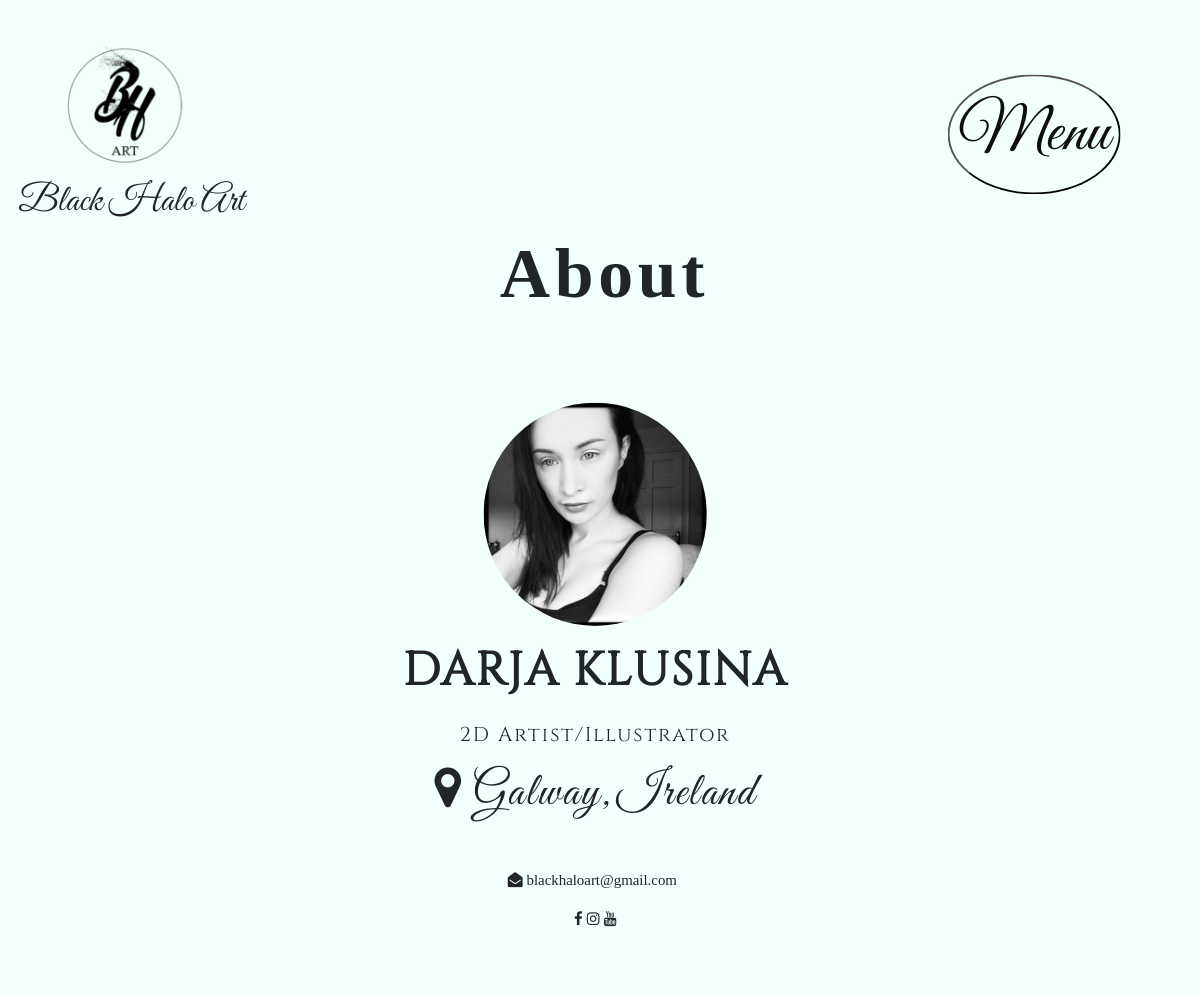
Repository: Cosy-Chaos/project-time
Page: about.html
The author's editor kept a record of every edit. The page is drawn from the files as they stood at one moment, then again after the next edit.
The browser window is 1280 px wide. The page is 1290 px wide, so the pictures cover 1290 px, including what lies to the right of the window. The pictures show the whole page, at 93% of full size.

Above is the page before.

After the next edit:
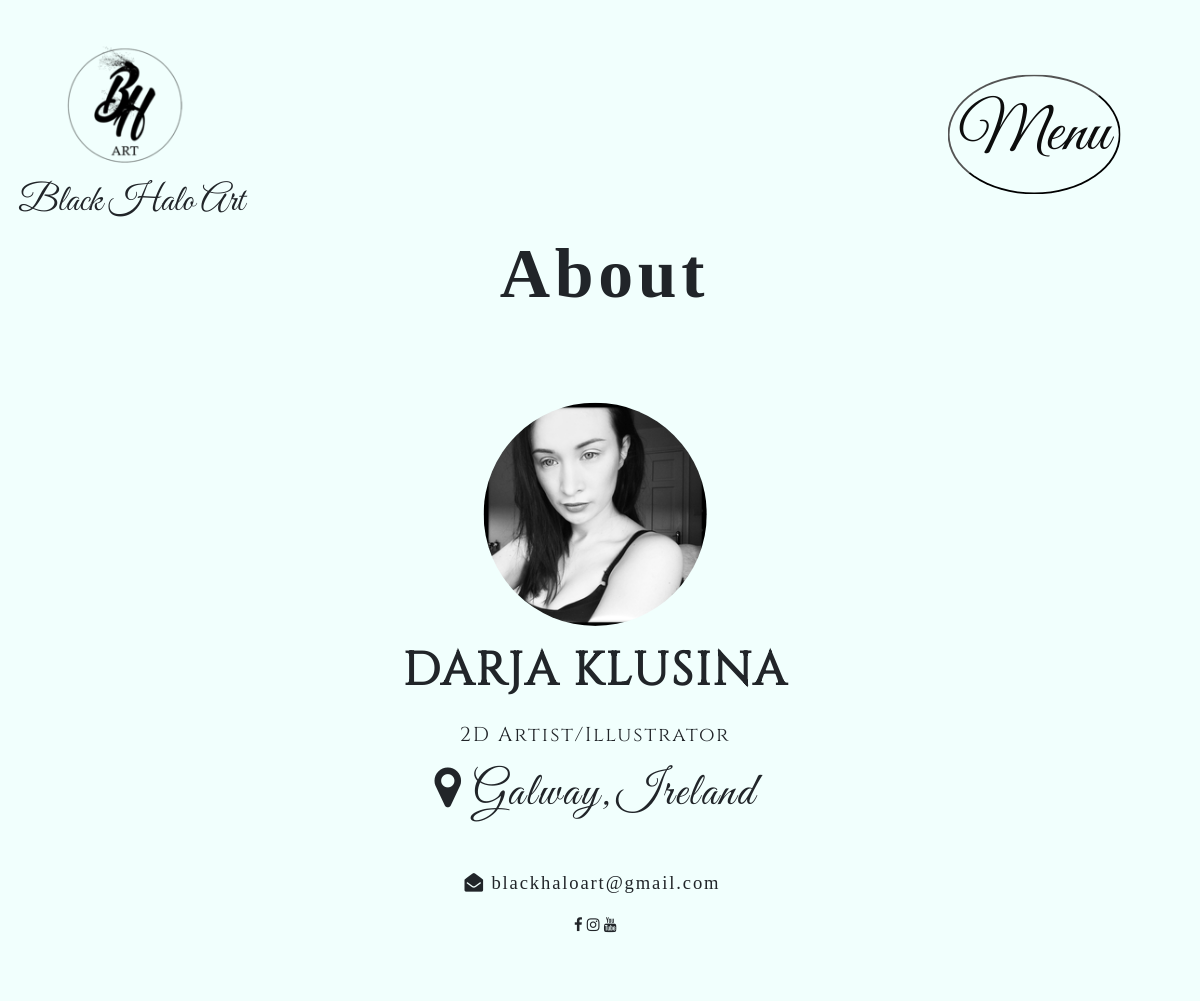
The edit:
--- a/assets/style_about.css
+++ b/assets/style_about.css
@@ -164,6 +164,8 @@
 }
 
 .about-email {
+    font-size: 20px;
+    letter-spacing: 2px;
     margin-top: 2.125rem;
     margin-bottom: 0.4375rem;
     font-family: 'Cinzel', serif;
